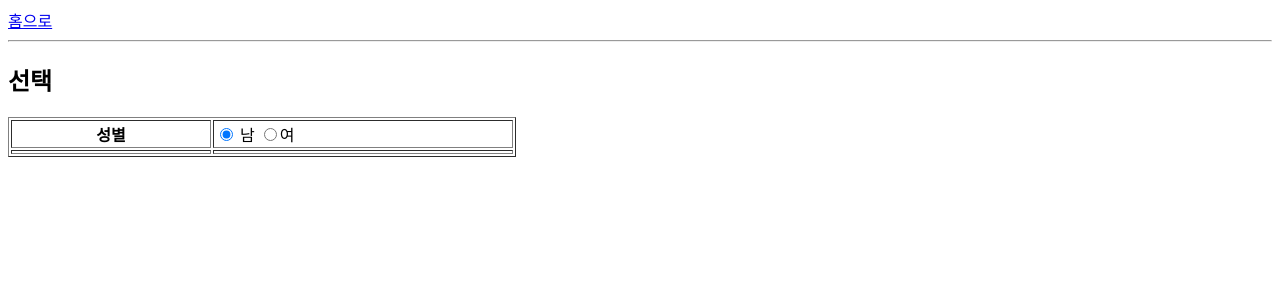
Repository: KimHyeonJun1/Study_Web302
Page: 01.Servlet01/src/main/webapp/choice.html
The author's editor kept a copy of each file at every save. The page is drawn from the files as they stood at one save, then again after the next save.
The browser window is 1280 px wide. The pictures show the whole page.

Above is the page before, as saved 2024-06-20 08:23:42.

After the next save:
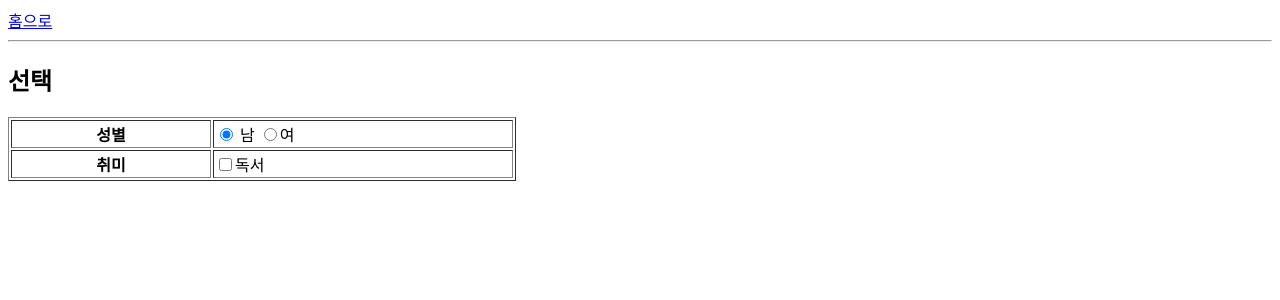
Saved 2 min 12 s later.
--- a/01.Servlet01/src/main/webapp/choice.html
+++ b/01.Servlet01/src/main/webapp/choice.html
@@ -23,8 +23,11 @@
 		</label>
 	</td>
 </tr>
-<tr><th></th>
-	<td></td>
+<tr><th>취미</th>
+	<td>
+	<input type="checkbox" name="hobby" value="독서">독서
+
+	</td>
 	</tr>
 </table>
 </form>
